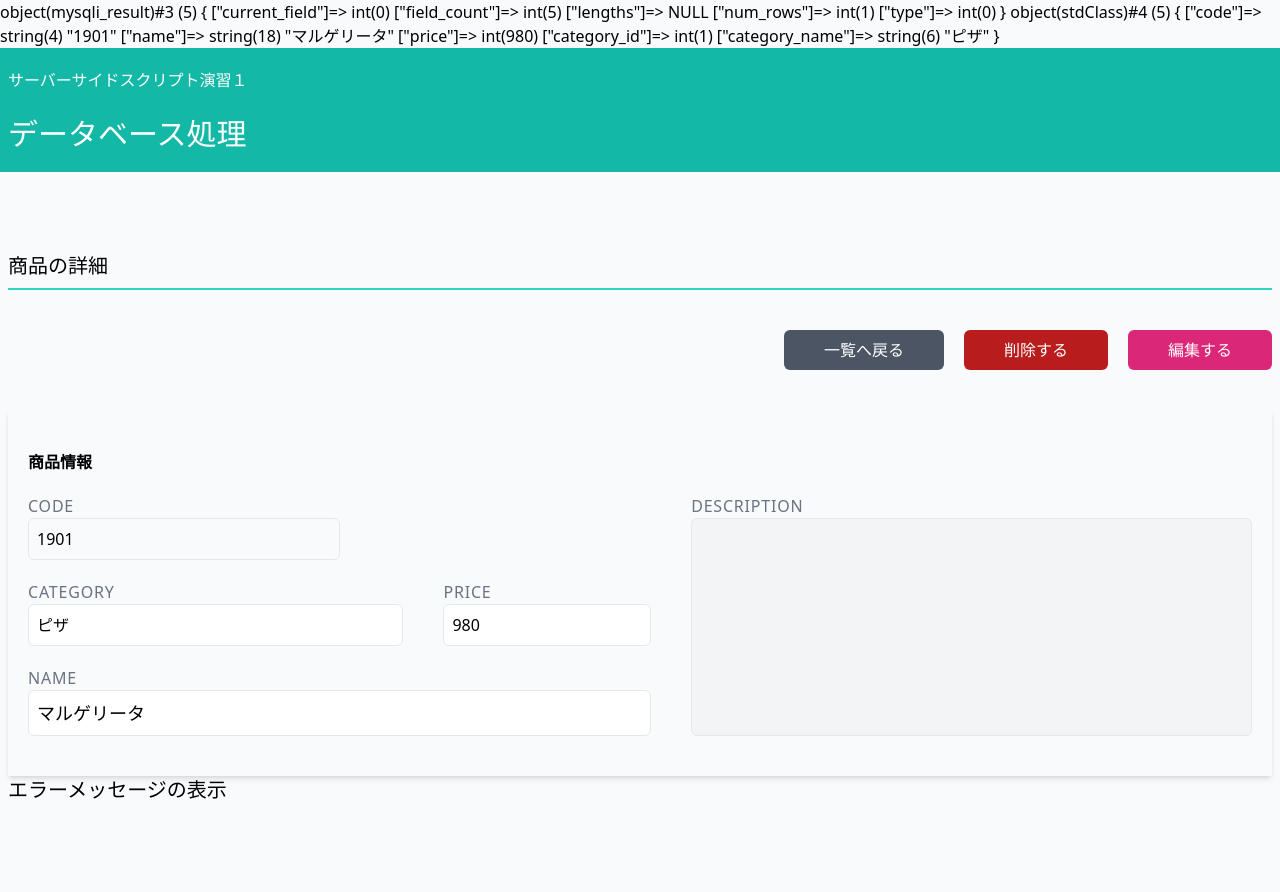
Repository: OkadaMiki/php1
Page: http://localhost/kadai07_1.php?product_code=1901
These files come from the project's save history. The page is drawn as it stood at one moment and after the next save; the edit follows.
The browser window is 1280 px wide. The pictures show the whole page.
Some web libraries are served in a nearby version. The page is run by PHP 8.4 with error messages shown; the project is at /var/www/html/. The database holds what the project's SQL file puts in it.

Above is the page before, as saved 2024-07-11 16:10:02.

After the next save:
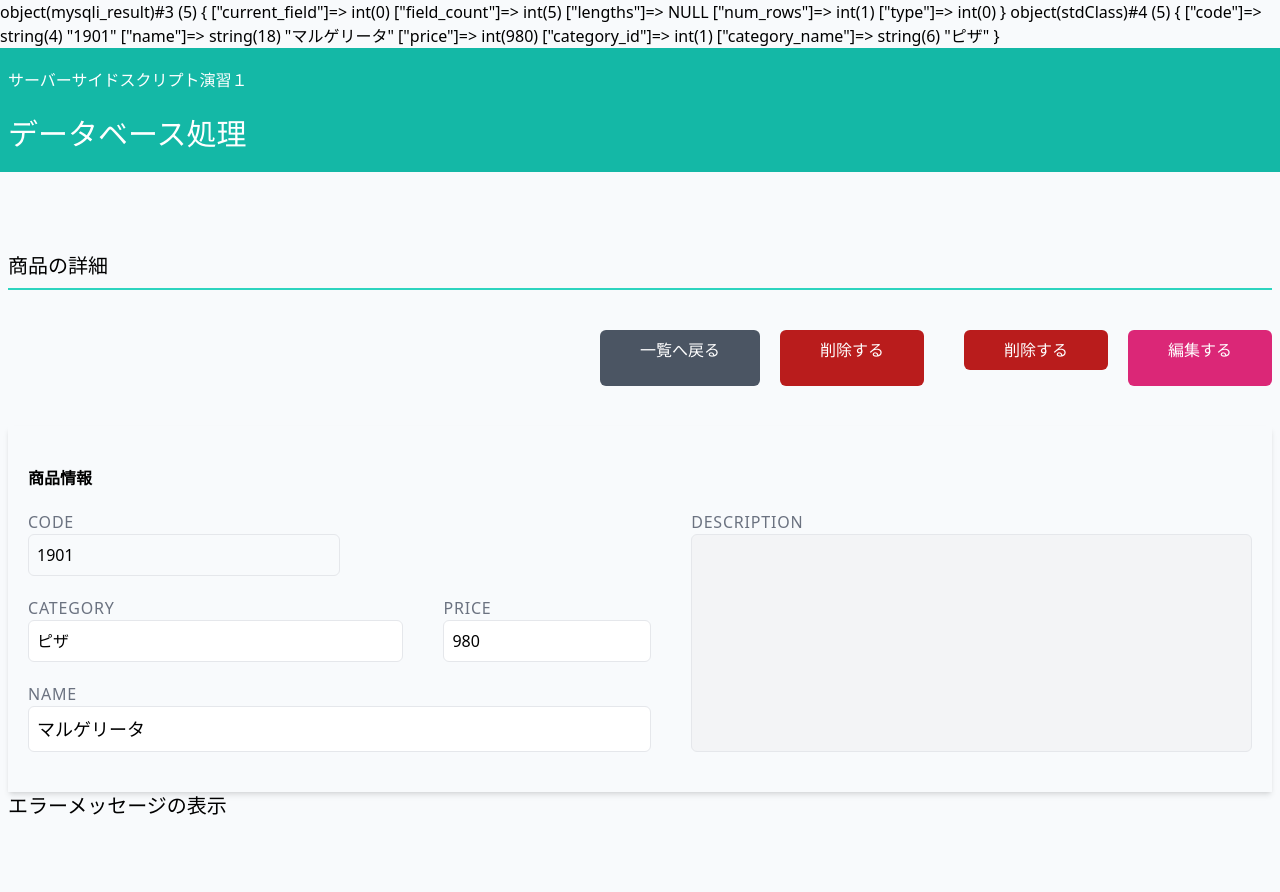
Saved 5 min 20 s later.
--- a/kadai07_1.php
+++ b/kadai07_1.php
@@ -95,14 +95,14 @@ var_dump($product);
         <div class="flex flex-col sm:flex-row justify-end mb-10">
           <a href="./kadai06_1.php" class="text-white text-center leading-10 bg-gray-600 px-10 hover:bg-gray-500 rounded-md">一覧へ戻る</a>
           <a href="#" class="text-white text-center leading-10 bg-red-700 px-10 px-10 mx-5 hover:bg-red-600 rounded-md">削除する</a>
+
           <!--kadai10_1-->
-          <!--
-        <form action="" method="" class="w-full sm:w-fit">
-        <input type="hidden" name="_method" value="DELETE">
-        <input type="hidden" name="product_no" value="">
-        <button type="submit" class="w-full sm:w-fit text-white text-center leading-10 bg-red-700 px-10 px-10 mx-0 sm:mx-5 my-2 sm:my-0 hover:bg-red-600 rounded-md">削除する</button>
-      </form>
-      -->
+          <form action="" method="" class="w-full sm:w-fit">
+            <input type="hidden" name="_method" value="DELETE">
+            <input type="hidden" name="product_no" value="">
+            <button type="submit" class="w-full sm:w-fit text-white text-center leading-10 bg-red-700 px-10 px-10 mx-0 sm:mx-5 my-2 sm:my-0 hover:bg-red-600 rounded-md">削除する</button>
+          </form>
+
           <!--/kadai09_1-->
           <a href="kadai09_1.php?product_code=<?= $product->code ?>" class="text-white text-center leading-10 bg-pink-600 px-10 hover:bg-pink-500 rounded-md">編集する</a>
         </div>
